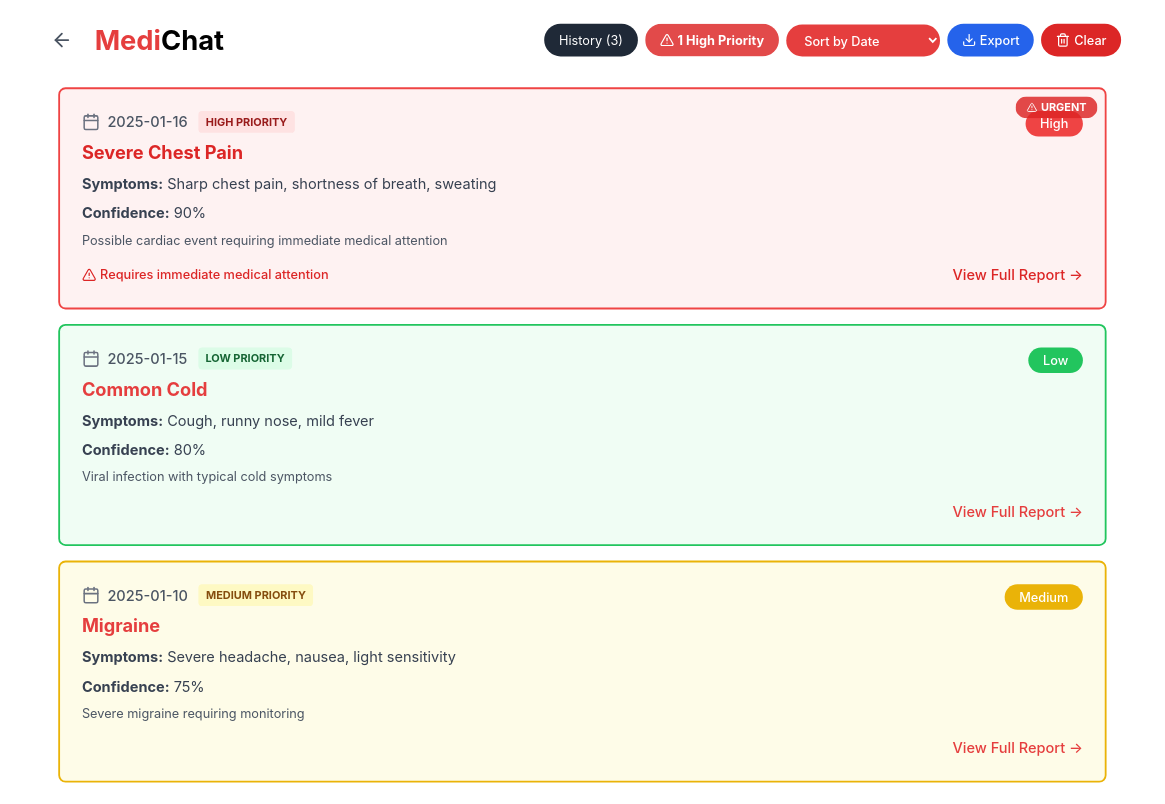
Repository: KarthikBalaji-007/telemedicine-frontend
Page: /history (app in frontend_backup/medichat-frontend/)
An editor plug-in stored every save of this project. The page is shown before and after the next save, followed by the edit.
The browser window is 1280 px wide. The pictures show the whole page, at 91% of full size.
The project was rebuilt for these pictures with package versions that can differ from the ones it lists, and the page was loaded fresh each time. Also part of the build but not shown: frontend_backup/medichat-frontend/src/components/HomePage.jsx, frontend_backup/medichat-frontend/src/components/ChatInterface.jsx, frontend_backup/medichat-frontend/src/components/DiagnosisResult.jsx.

Above is the page before, as saved 2025-08-13 17:21:33.

### frontend_backup/medichat-frontend/src/index.css
@tailwind base;
@tailwind components;
@tailwind utilities;

* {
  margin: 0;
  padding: 0;
  box-sizing: border-box;
}

html, body {
  width: 100%;
  height: 100%;
  margin: 0;
  padding: 0;
  font-family: -apple-system, BlinkMacSystemFont, 'Segoe UI', 'Roboto', 'Oxygen',
    'Ubuntu', 'Cantarell', 'Fira Sans', 'Droid Sans', 'Helvetica Neue',
    sans-serif;
  -webkit-font-smoothing: antialiased;
  -moz-osx-font-smoothing: grayscale;
}

#root {
  width: 100%;
  height: 100%;
  margin: 0;
  padding: 0;
}

.App {
  width: 100%;
  min-height: 100vh;
  margin: 0;
  padding: 0;
}

### frontend_backup/medichat-frontend/src/App.js
import React from 'react';
import { BrowserRouter as Router, Routes, Route } from 'react-router-dom';
import HomePage from './components/HomePage';
import ChatInterface from './components/ChatInterface';
import DiagnosisResult from './components/DiagnosisResult';
import History from './components/History';


function App() {
  return (
    <Router>
      <div className="App min-h-screen bg-gray-50">
        <Routes>
          <Route path="/" element={<HomePage />} />
          <Route path="/chat" element={<ChatInterface />} />
          <Route path="/diagnosis" element={<DiagnosisResult />} />
          <Route path="/history" element={<History />} />
        </Routes>
      </div>
    </Router>
  );
}

export default App;

### frontend_backup/medichat-frontend/src/components/History.jsx
import React, { useState, useEffect } from 'react';
import { useNavigate } from 'react-router-dom';
import { ArrowLeft, Calendar, Download, Trash2, AlertTriangle } from 'lucide-react';

const History = () => {
  const navigate = useNavigate();
  const [historyItems, setHistoryItems] = useState([]);
  const [sortBy, setSortBy] = useState('date');

  useEffect(() => {
    loadMedicalHistory();

    // Set up interval to check for updates every 2 seconds
    const interval = setInterval(() => {
      loadMedicalHistory();
    }, 2000);

    // Listen for storage changes (when new diagnoses are saved)
    const handleStorageChange = (e) => {
      if (e.key === 'medicalHistory') {
        loadMedicalHistory();
      }
    };

    window.addEventListener('storage', handleStorageChange);

    // Cleanup
    return () => {
      clearInterval(interval);
      window.removeEventListener('storage', handleStorageChange);
    };
  }, []);

  const loadMedicalHistory = () => {
    try {
      const savedHistory = JSON.parse(localStorage.getItem('medicalHistory') || '[]');

      // Add some sample data if no history exists for testing
      if (savedHistory.length === 0) {
        const sampleData = [
          {
            diagnosis: {
              condition: "Severe Chest Pain",
              riskLevel: "High",
              probability: "90%",
              description: "Possible cardiac event requiring immediate medical attention"
            },
            symptoms: "Sharp chest pain, shortness of breath, sweating",
            date: "2025-01-16",
            timestamp: new Date('2025-01-16'),
            priority: "high"
          },
          {
            diagnosis: {
              condition: "Common Cold",
              riskLevel: "Low",
              probability: "80%",
              description: "Viral infection with typical cold symptoms"
            },
            symptoms: "Cough, runny nose, mild fever",
            date: "2025-01-15",
            timestamp: new Date('2025-01-15'),
            priority: "low"
          },
          {
            diagnosis: {
              condition: "Migraine",
              riskLevel: "Medium",
              probability: "75%",
              description: "Severe migraine requiring monitoring"
            },
            symptoms: "Severe headache, nausea, light sensitivity",
            date: "2025-01-10",
            timestamp: new Date('2025-01-10'),
            priority: "medium"
          }
        ];
        localStorage.setItem('medicalHistory', JSON.stringify(sampleData));
        setHistoryItems(sampleData);
      } else {
        // Add priority based on risk level if not already present
        const updatedHistory = savedHistory.map(item => ({
          ...item,
          priority: item.priority || getPriorityFromRisk(item.diagnosis?.riskLevel)
        }));
        setHistoryItems(updatedHistory);
      }
    } catch (error) {
      console.error('Error loading medical history:', error);
      setHistoryItems([]);
    }
  };

  const getPriorityFromRisk = (riskLevel) => {
    if (!riskLevel) return 'low';
    switch(riskLevel.toLowerCase()) {
      case 'high': return 'high';
      case 'medium': return 'medium';
      case 'low': return 'low';
      default: return 'low';
    }
  };

  const clearHistory = () => {
    if (window.confirm('Are you sure you want to clear all medical history?')) {
      localStorage.removeItem('medicalHistory');
      setHistoryItems([]);
    }
  };

  const exportHistory = () => {
    try {
      const dataStr = JSON.stringify(historyItems, null, 2);
      const dataUri = 'data:application/json;charset=utf-8,'+ encodeURIComponent(dataStr);

      const exportFileDefaultName = `medical-history-${new Date().toISOString().split('T')[0]}.json`;

      const linkElement = document.createElement('a');
      linkElement.setAttribute('href', dataUri);
      linkElement.setAttribute('download', exportFileDefaultName);
      linkElement.click();
    } catch (error) {
      console.error('Error exporting history:', error);
      alert('Error exporting history. Please try again.');
    }
  };

  const getRiskColor = (riskLevel) => {
    if (!riskLevel) return 'bg-gray-500';

    switch(riskLevel.toLowerCase()) {
      case 'high': return 'bg-red-500';
      case 'medium': return 'bg-yellow-500';
      case 'low': return 'bg-green-500';
      default: return 'bg-blue-500';
    }
  };

  const getPriorityColor = (priority) => {
    switch(priority?.toLowerCase()) {
      case 'high': return 'border-red-500 bg-red-50';
      case 'medium': return 'border-yellow-500 bg-yellow-50';
      case 'low': return 'border-green-500 bg-green-50';
      default: return 'border-gray-300 bg-gray-50';
    }
  };

  const sortedHistory = [...historyItems].sort((a, b) => {
    if (sortBy === 'date') {
      return new Date(b.date) - new Date(a.date);
    } else if (sortBy === 'priority') {
      const priorityOrder = { high: 3, medium: 2, low: 1 };
      return (priorityOrder[b.priority] || 1) - (priorityOrder[a.priority] || 1);
    }
    const conditionA = a.diagnosis?.condition || '';
    const conditionB = b.diagnosis?.condition || '';
    return conditionA.localeCompare(conditionB);
  });

  const viewFullReport = (item) => {
    navigate('/diagnosis', {
      state: {
        messages: [],
        symptoms: item.symptoms,
        preloadedDiagnosis: item.diagnosis
      }
    });
  };

  // Count high priority items
  const highPriorityCount = historyItems.filter(item => item.priority === 'high').length;

  return (
    <div className="min-h-screen bg-white">
      <div className="w-full px-4 sm:px-6 lg:px-8 xl:px-12 py-6">
        {/* Header */}
        <div className="flex items-center mb-8">
          <button
            onClick={() => navigate(-1)}
            className="mr-4 p-2 hover:bg-gray-100 rounded-full transition-colors"
          >
            <ArrowLeft className="w-6 h-6 text-gray-600" />
          </button>
          <h1 className="text-3xl font-bold">
            <span className="text-medical-red">Medi</span>
            <span className="text-black">Chat</span>
          </h1>
          <div className="ml-auto flex flex-wrap items-center gap-2">
            <span className="bg-gray-800 text-white px-4 py-2 rounded-full text-sm">
              History ({historyItems.length})
            </span>

            {/* High Priority Alert */}
            {highPriorityCount > 0 && (
              <span className="bg-red-600 text-white px-4 py-2 rounded-full text-sm font-bold flex items-center animate-pulse">
                <AlertTriangle className="w-4 h-4 mr-1" />
                {highPriorityCount} High Priority
              </span>
            )}

            <select
              value={sortBy}
              onChange={(e) => setSortBy(e.target.value)}
              className="bg-medical-red text-white px-4 py-2 rounded-full text-sm font-medium outline-none"
            >
              <option value="date">Sort by Date</option>
              <option value="priority">Sort by Priority</option>
              <option value="condition">Sort by Condition</option>
            </select>
            {historyItems.length > 0 && (
              <>
                <button
                  onClick={exportHistory}
                  className="bg-blue-600 text-white px-4 py-2 rounded-full text-sm font-medium flex items-center hover:bg-blue-700 transition-colors"
                >
                  <Download className="w-4 h-4 mr-1" />
                  Export
                </button>
                <button
                  onClick={clearHistory}
                  className="bg-red-600 text-white px-4 py-2 rounded-full text-sm font-medium flex items-center hover:bg-red-700 transition-colors"
                >
                  <Trash2 className="w-4 h-4 mr-1" />
                  Clear
                </button>
              </>
            )}
          </div>
        </div>

        {/* History Items */}
        <div className="w-full max-w-6xl mx-auto space-y-4">
          {sortedHistory.length === 0 ? (
            <div className="text-center py-12">
              <div className="text-6xl mb-4">📋</div>
              <h3 className="text-xl font-bold text-gray-600 mb-2">No Medical History Yet</h3>
              <p className="text-gray-500 mb-4">Start chatting with MediChat to build your medical history</p>
              <button
                onClick={() => navigate('/chat')}
                className="bg-medical-red text-white px-6 py-3 rounded-full font-medium hover:bg-red-600 transition-colors"
              >
                Start New Consultation
              </button>
            </div>
          ) : (
            sortedHistory.map((item, index) => (
              <div
                key={index}
                className={`${getPriorityColor(item.priority)} border-2 rounded-lg p-6 hover:shadow-md transition-shadow relative`}
              >
                {/* High Priority Warning */}
                {item.priority === 'high' && (
                  <div className="absolute top-2 right-2">
                    <div className="bg-red-600 text-white px-3 py-1 rounded-full text-xs font-bold flex items-center animate-pulse">
                      <AlertTriangle className="w-3 h-3 mr-1" />
                      URGENT
                    </div>
                  </div>
                )}

                <div className="flex justify-between items-start flex-wrap gap-4">
                  <div className="flex-1 min-w-0">
                    <div className="flex items-center mb-2">
                      <Calendar className="w-5 h-5 text-gray-500 mr-2 flex-shrink-0" />
                      <span className="text-gray-600 font-medium">{item.date}</span>

                      {/* Priority Indicator */}
                      <span className={`ml-3 px-2 py-1 rounded text-xs font-bold ${
                        item.priority === 'high' ? 'bg-red-100 text-red-800' :
                        item.priority === 'medium' ? 'bg-yellow-100 text-yellow-800' :
                        'bg-green-100 text-green-800'
                      }`}>
                        {item.priority?.toUpperCase() || 'LOW'} PRIORITY
                      </span>
                    </div>

                    <h3 className={`font-bold text-xl mb-2 ${
                      item.priority === 'high' ? 'text-red-600' : 'text-medical-red'
                    }`}>
                      {item.diagnosis?.condition || 'Health Consultation'}
                    </h3>

                    <p className="text-gray-700 mb-2">
                      <strong>Symptoms:</strong> {item.symptoms}
                    </p>
                    {item.diagnosis?.probability && (
                      <p className="text-gray-700 mb-2">
                        <strong>Confidence:</strong> {item.diagnosis.probability}
                      </p>
                    )}
                    {item.diagnosis?.description && (
                      <p className="text-gray-600 text-sm">
                        {item.diagnosis.description.length > 150
                          ? `${item.diagnosis.description.substring(0, 150)}...`
                          : item.diagnosis.description
                        }
                      </p>
                    )}
                  </div>
                  <div className="flex flex-col items-end gap-2">
                    <span className={`${getRiskColor(item.diagnosis?.riskLevel)} text-white px-4 py-1 rounded-full text-sm font-medium`}>
                      {item.diagnosis?.riskLevel || 'Assessment'}
                    </span>
                  </div>
                </div>
                <div className="mt-4 flex justify-between items-center">
                  {item.priority === 'high' && (
                    <div className="text-red-600 text-sm font-medium flex items-center">
                      <AlertTriangle className="w-4 h-4 mr-1" />
                      Requires immediate medical attention
                    </div>
                  )}
                  <button
                    onClick={() => viewFullReport(item)}
                    className={`font-medium hover:underline transition-colors ml-auto ${
                      item.priority === 'high' ? 'text-red-600' : 'text-medical-red'
                    }`}
                  >
                    View Full Report →
                  </button>
                </div>
              </div>
            ))
          )}
        </div>
      </div>
    </div>
  );
};

export default History;

### frontend_backup/medichat-frontend/tailwind.config.js
/** @type {import('tailwindcss').Config} */
module.exports = {
  content: [
    "./src/**/*.{js,jsx,ts,tsx}",
  ],
  theme: {
    extend: {
      colors: {
        'medical-red': '#E53E3E',
        'medical-gray': '#F7FAFC',
      }
    },
  },
  plugins: [],
}

Loaded but not shown: frontend_backup/medichat-frontend/public/index.html (common file); frontend_backup/medichat-frontend/src/index.js (common file)

After the next save:
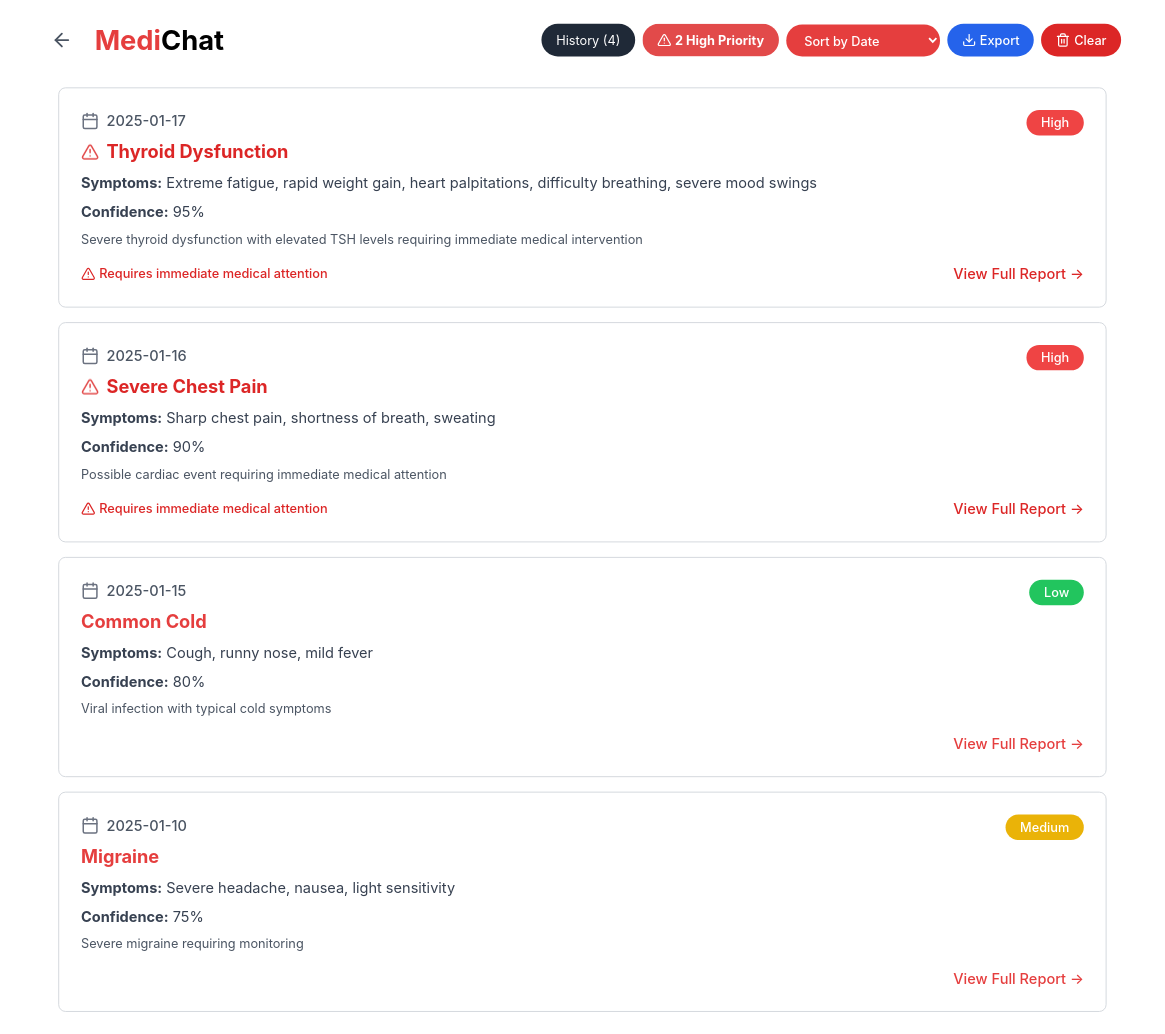
Saved 74 s later.
--- a/frontend_backup/medichat-frontend/src/components/History.jsx
+++ b/frontend_backup/medichat-frontend/src/components/History.jsx
@@ -38,6 +38,18 @@ const History = () => {
       // Add some sample data if no history exists for testing
       if (savedHistory.length === 0) {
         const sampleData = [
+          {
+            diagnosis: {
+              condition: "Thyroid Dysfunction",
+              riskLevel: "High",
+              probability: "95%",
+              description: "Severe thyroid dysfunction with elevated TSH levels requiring immediate medical intervention"
+            },
+            symptoms: "Extreme fatigue, rapid weight gain, heart palpitations, difficulty breathing, severe mood swings",
+            date: "2025-01-17",
+            timestamp: new Date('2025-01-17'),
+            priority: "high"
+          },
           {
             diagnosis: {
               condition: "Severe Chest Pain",
@@ -136,15 +148,6 @@ const History = () => {
     }
   };
 
-  const getPriorityColor = (priority) => {
-    switch(priority?.toLowerCase()) {
-      case 'high': return 'border-red-500 bg-red-50';
-      case 'medium': return 'border-yellow-500 bg-yellow-50';
-      case 'low': return 'border-green-500 bg-green-50';
-      default: return 'border-gray-300 bg-gray-50';
-    }
-  };
-
   const sortedHistory = [...historyItems].sort((a, b) => {
     if (sortBy === 'date') {
       return new Date(b.date) - new Date(a.date);
@@ -246,37 +249,21 @@ const History = () => {
             sortedHistory.map((item, index) => (
               <div
                 key={index}
-                className={`${getPriorityColor(item.priority)} border-2 rounded-lg p-6 hover:shadow-md transition-shadow relative`}
+                className="bg-white border border-gray-300 rounded-lg p-6 hover:shadow-md transition-shadow"
               >
-                {/* High Priority Warning */}
-                {item.priority === 'high' && (
-                  <div className="absolute top-2 right-2">
-                    <div className="bg-red-600 text-white px-3 py-1 rounded-full text-xs font-bold flex items-center animate-pulse">
-                      <AlertTriangle className="w-3 h-3 mr-1" />
-                      URGENT
-                    </div>
-                  </div>
-                )}
-
                 <div className="flex justify-between items-start flex-wrap gap-4">
                   <div className="flex-1 min-w-0">
                     <div className="flex items-center mb-2">
                       <Calendar className="w-5 h-5 text-gray-500 mr-2 flex-shrink-0" />
                       <span className="text-gray-600 font-medium">{item.date}</span>
-
-                      {/* Priority Indicator */}
-                      <span className={`ml-3 px-2 py-1 rounded text-xs font-bold ${
-                        item.priority === 'high' ? 'bg-red-100 text-red-800' :
-                        item.priority === 'medium' ? 'bg-yellow-100 text-yellow-800' :
-                        'bg-green-100 text-green-800'
-                      }`}>
-                        {item.priority?.toUpperCase() || 'LOW'} PRIORITY
-                      </span>
                     </div>
 
-                    <h3 className={`font-bold text-xl mb-2 ${
+                    <h3 className={`font-bold text-xl mb-2 flex items-center ${
                       item.priority === 'high' ? 'text-red-600' : 'text-medical-red'
                     }`}>
+                      {item.priority === 'high' && (
+                        <AlertTriangle className="w-5 h-5 mr-2 animate-pulse" />
+                      )}
                       {item.diagnosis?.condition || 'Health Consultation'}
                     </h3>
 
